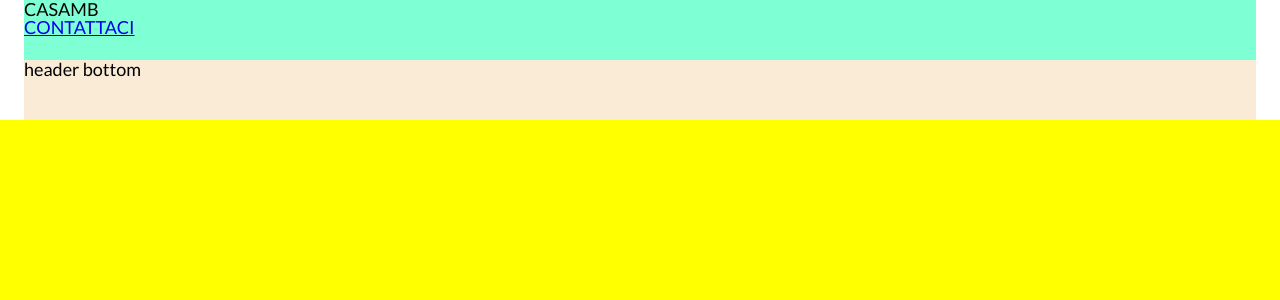
Repository: nicolorz/casamb
Page: /
An editor plug-in stored every save of this project. The page is shown before and after the next save, followed by the edit.
The browser window is 1280 px wide. The pictures show the whole page.
The project was rebuilt for these pictures with package versions that can differ from the ones it lists, and the page was loaded fresh each time. Also part of the build but not shown: src/index.css, src/App.css.

Above is the page before, as saved 2023-07-18 17:23:50.

### src/index.js
import React from 'react';
import ReactDOM from 'react-dom/client';
import './index.css';
import './assets/css/reset.css'
import './assets/css/style.css'
import App from './App';
import reportWebVitals from './reportWebVitals';

const root = ReactDOM.createRoot(document.getElementById('root'));
root.render(
  <React.StrictMode>
    <App />
  </React.StrictMode>
);

// If you want to start measuring performance in your app, pass a function
// to log results (for example: reportWebVitals(console.log))
// or send to an analytics endpoint. Learn more: https://bit.ly/CRA-vitals
reportWebVitals();

### src/assets/css/style.css
@import url('https://fonts.googleapis.com/css2?family=Lato:ital,wght@0,300;0,400;0,700;1,300;1,400;1,700&display=swap');

html, body {
  margin: 0;
  padding: 0;
  font-size: 18px;
  font-family: 'Lato', sans-serif;
}

.main-wrapper {
  width: 100vw;
  height: 100vh;
  background-color: yellow;
/*   display: flex;
  flex-flow: row nowrap; */
}

/* .sidebar {
  flex: 1;
  background-color: #f6f6f6;
  display: flex;
  flex-flow: column nowrap;
}

.card-wrapper {
  flex: 4;
  padding: 1rem;
  box-sizing: border-box;
  background-color: #EFF8FF;
  border: 1px solid #62A1FF;
  display: flex;
  flex-flow: row nowrap;
  align-items: flex-start;
  gap: 1rem;
}

.footer, .area-buttons {
  width: 100%;
  padding: 1rem;
  box-sizing: border-box;
  background-color: #EFF8FF;
  border: 1px solid #62A1FF;
}

.foooter {
  flex: 0 1 auto;
}

.area-buttons {
  flex: 1 0 auto;
}

.area-buttons {
  display: flex;
  flex-flow: column nowrap;
  gap: 0.5rem;
}

.area-buttons > button {
  align-self: flex-start;
}

.card {
  flex: 0 1 33%;
  padding: 1rem;
  background-color: #62A1FF;
  /* align-self: flex-start;
}

.card > img {
  width: 100%;
} */

### src/App.js
import logo from './logo.svg';
import './App.css';
import  {Header} from './components/HeaderWrapper/HeaderWrapper';

function App() {

  return (
    <div className="main-wrapper">
      <Header />
    </div>
  );
}

export default App;

### src/components/HeaderWrapper/HeaderWrapper.js
import './Header.css'
import { HeaderBottom } from './HeaderBottom'
import { HeaderTop } from './HeaderTop'

export const Header = () => {
    return <div className="header">
        <HeaderTop />
        <HeaderBottom />
    </div>
}

### src/components/HeaderWrapper/Header.css
.header {
    padding: 0 24px;
    background-color: #fff;
}

.header-top {
    width: 100%;
    height: 60px;
    background-color: aquamarine;
}

.header-bottom {
    width: 100%;
    height: 60px;
    background-color: antiquewhite;
}

### src/components/HeaderWrapper/HeaderBottom.js
export const HeaderBottom = () => {
    return (
        <div className="header-bottom">header bottom</div>
    )
}

### src/components/HeaderWrapper/HeaderTop.js
export const HeaderTop = () => {
    return <div className="header-top">
        <div className="header-top_logo">CASAMB</div>
        <a href="*" target="_self">CONTATTACI</a>
    </div>
}

Loaded but not shown: public/index.html (common file); src/assets/css/reset.css (common file); src/reportWebVitals.js (common file)

After the next save:
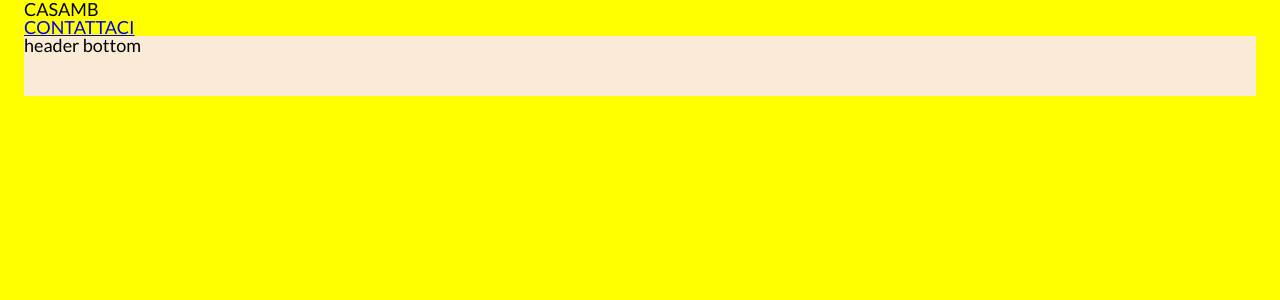
Saved 97 s later.
--- a/src/components/HeaderWrapper/Header.css
+++ b/src/components/HeaderWrapper/Header.css
@@ -1,12 +1,9 @@
 .header {
     padding: 0 24px;
-    background-color: #fff;
 }
 
 .header-top {
     width: 100%;
-    height: 60px;
-    background-color: aquamarine;
 }
 
 .header-bottom {
